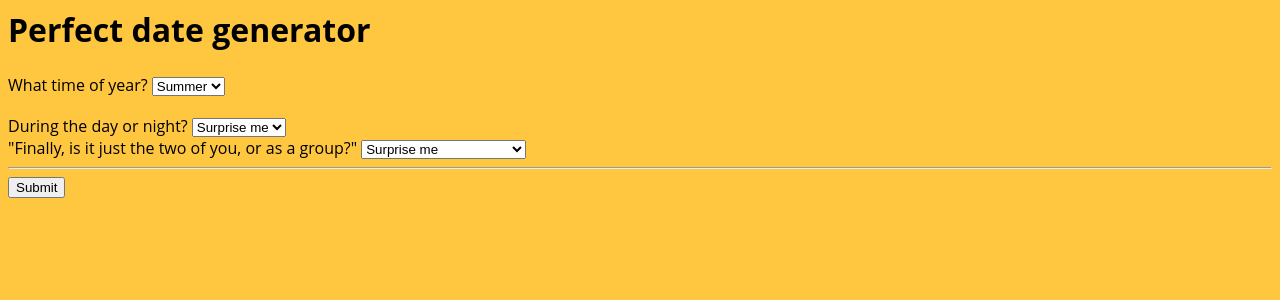
Repository: nazaninrizvi/codecademy
Page: Javascript/Mixed-messages/index.html
The author's editor kept a copy of each file at every save. The page is drawn from the files as they stood at one save, then again after a run of saves.
The browser window is 1280 px wide. The pictures show the whole page.

Above is the page before, as saved 2021-11-21 21:33:38.

After the next 5 saves:
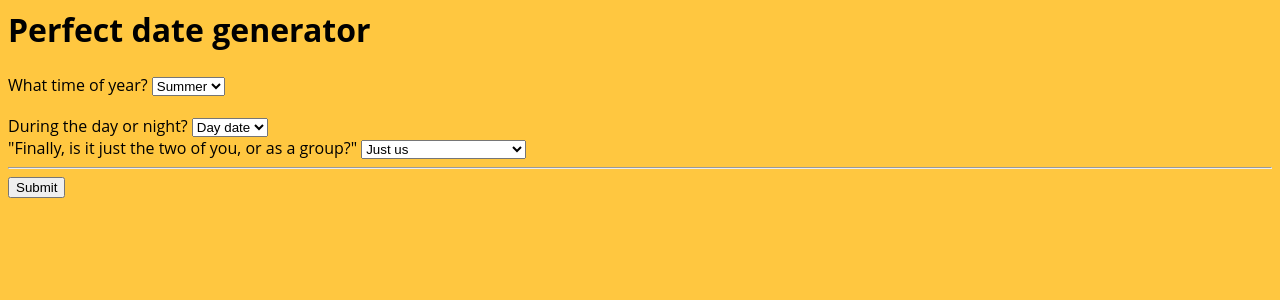
The 5 saves are shown as one change because they came seconds apart.
The last was saved 14 s later.
--- a/Javascript/Mixed-messages/index.html
+++ b/Javascript/Mixed-messages/index.html
@@ -21,8 +21,7 @@
 
   <div>
     <label for="time">During the day or night?</label>
-    <select name="time" id=>
-      <option value="surpTime">Surprise me</option>
+    <select name="time" id="time" required>
       <option value="day">Day date</option>
       <option value="night">Night</option>
     </select>
@@ -30,8 +29,7 @@
 
   <div>
     <label for="group">"Finally, is it just the two of you, or as a group?"</label>
-    <select id="group" name="group">
-      <option value="surpGroup">Surprise me</option>
+    <select id="group" name="group" required>
       <option value="no">Just us</option>
       <option value="yes">We're going with others!</option>
     </select>
